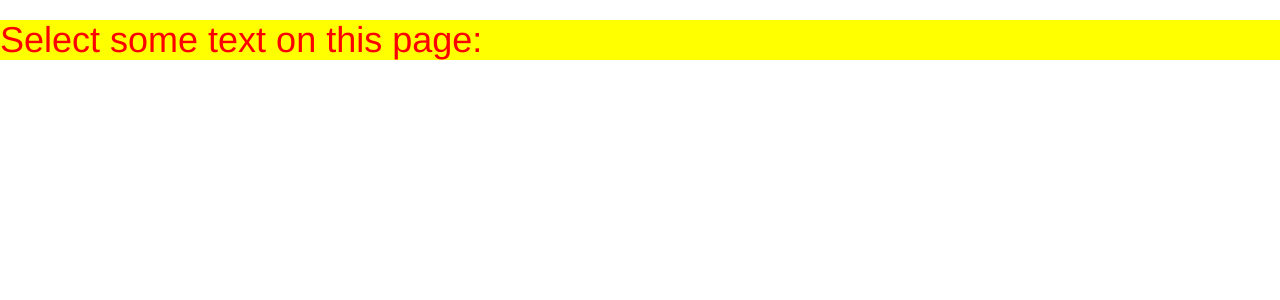
Repository: vaibhavkri/Trendnxt-Projects
Page: bootstrap/Bootstrap– L3 Assignment/Topic 5 CSS Pseudo-classes/Assignment1.html
The author's editor kept a copy of each file at every save. The page is drawn from the files as they stood at one save, then again after the next save.
The browser window is 1280 px wide. The pictures show the whole page.

Above is the page before, as saved 2018-10-23 13:32:52.

After the next save:
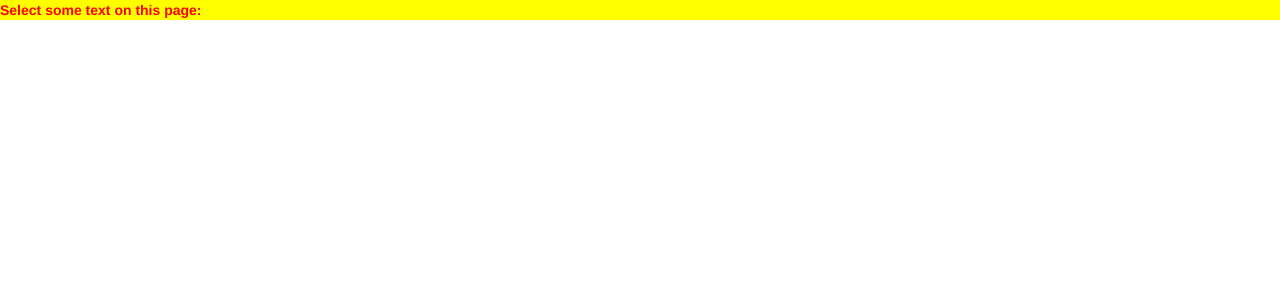
Saved 100 s later.
--- a/bootstrap/Bootstrap– L3 Assignment/Topic 5 CSS Pseudo-classes/Assignment1.html
+++ b/bootstrap/Bootstrap– L3 Assignment/Topic 5 CSS Pseudo-classes/Assignment1.html
@@ -10,6 +10,7 @@
     <script src="https://maxcdn.bootstrapcdn.com/bootstrap/3.3.7/js/bootstrap.min.js"></script>
     <style>
         .heading {
+            font-weight: bold;
             color: red;
             background-color: yellow;
         }
@@ -18,7 +19,7 @@
 
 <body>
 
-    <h1 class="heading">Select some text on this page:</h2>
+    <p class="heading">Select some text on this page:</p>
 
 
 
